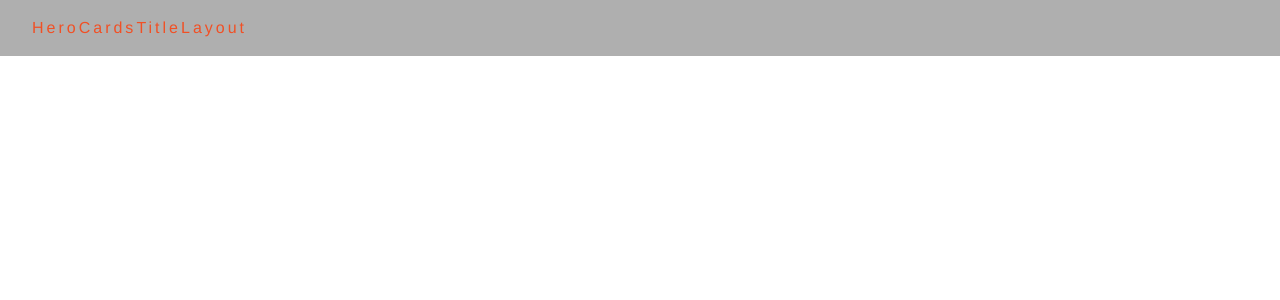
Repository: Ndifoinhilary/css_grid
Page: css-grid-learn/index.html
These files come from the project's save history. The page is drawn as it stood at one moment and after the next save; the edit follows.
The browser window is 1280 px wide. The pictures show the whole page.

Above is the page before, as saved 2024-01-28 10:28:43.

After the next save:
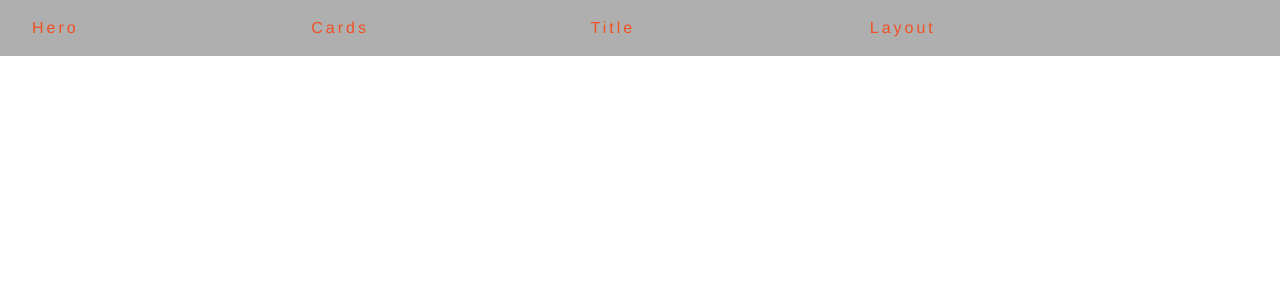
Saved 9 s later.
--- a/css-grid-learn/main.css
+++ b/css-grid-learn/main.css
@@ -121,7 +121,7 @@ navbar css here
 
 @media screen and (min-width:992px) {
     .nav-links{
-        max-width: 117px;
+        max-width: 1117px;
         display: grid;
         grid-template-columns: 1fr 1fr 1fr 1fr;
     }
